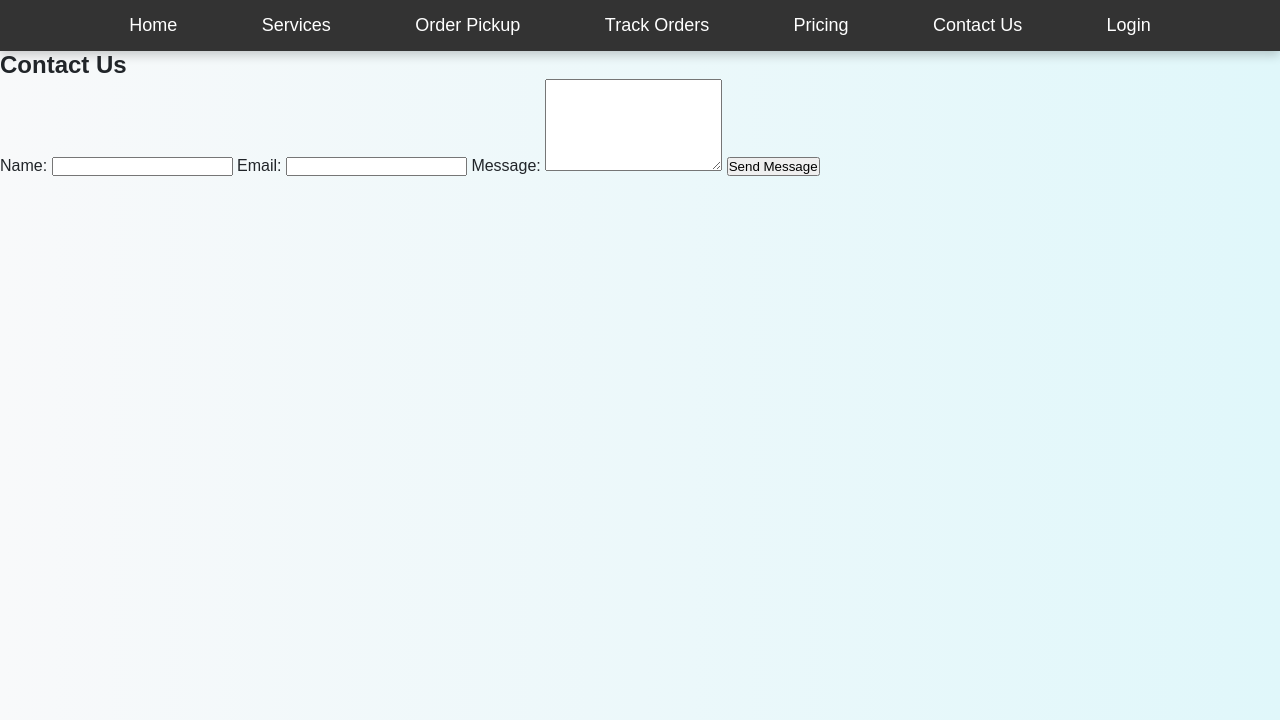
Repository: wmrmweerakoon/Online-Laundry-Management-System
Page: http://localhost/LaundryManagementSystem/contact.jsp
The author's editor kept a copy of each file at every save. The page is drawn from the files as they stood at one save, then again after the next save.
The browser window is 1280 px wide. The pictures show the whole page.
The page is served by Tomcat 9. Other server files are loaded and not shown.

Above is the page before, as saved 2024-10-13 11:12:35.

### Projects/LaundryManagementSystem/src/main/webapp/contact.jsp
<%@ page language="java" contentType="text/html; charset=UTF-8"
    pageEncoding="UTF-8"%>
<!DOCTYPE html>
<html lang="en">
<head>
    <meta charset="UTF-8">
    <meta name="viewport" content="width=device-width, initial-scale=1.0">
    <title>Contact Us - Online Laundry Management System</title>



    <style>

    :root {
    --primary-color: #ff6f61; /* Coral Pink */
    --secondary-color: #ff9a76; /* Light Coral */
    --accent-color: #ffffff; /* White */
    --hover-color: #ff4824; /* Darker Coral */
    --menu-bg-color: #333; /* Darker gray for menu bar */
    --menu-hover-bg-color: #444; /* Slightly lighter gray for hover */
    --menu-text-color: #ffffff; /* White text for contrast */
    --search-bar-bg: #555; /* Medium dark background for search bar */
    --bg-gradient-start: #f8f9fa; /* Light Gradient Start */
    --bg-gradient-end: #e0f7fa;  /* Light Teal Gradient End */
    --text-primary: #212529; /* Darker text color */
    --button-hover-color: #ff4824; /* Deep Coral */
}

* {
    margin: 0;
    padding: 0;
    box-sizing: border-box;
}

body {
    font-family: 'Arial', sans-serif;
    background: linear-gradient(to right, var(--bg-gradient-start), var(--bg-gradient-end));
    color: var(--text-primary);
}

/* Darker Menu Bar */
header {
    background-color: var(--menu-bg-color);
    padding: 15px 0;
    box-shadow: 0 4px 10px rgba(0, 0, 0, 0.2);
}

nav {
    text-align: center;
    display: flex;
    justify-content: center;
    align-items: center;
    position: relative;
}

nav ul {
    list-style-type: none;
}

nav ul li {
    display: inline-block;
    margin: 0 20px;
    position: relative;
}

nav ul li a {
    color: var(--menu-text-color); /* White text on darker background */
    text-decoration: none;
    font-size: 18px;
    padding: 12px 20px;
    transition: background-color 0.3s ease, transform 0.2s ease;
    position: relative;
    border-radius: 8px;
}

nav ul li a:hover {
    background-color: var(--menu-hover-bg-color); /* Slightly lighter gray */
    transform: scale(1.05);
    box-shadow: 0 4px 10px rgba(0, 0, 0, 0.2);
}

nav ul li a::after {
    content: '';
    position: absolute;
    width: 0;
    height: 3px;
    background-color: var(--primary-color); /* Coral underline on hover */
    left: 0;
    bottom: 0;
    transition: width 0.3s ease;
}

nav ul li a:hover::after {
    width: 100%;
}

/* Search Bar */
.search-container {
    display: inline-block;
    vertical-align: middle;
    margin-left: 20px;
}

.search-container input {
    padding: 8px;
    font-size: 16px;
    border: none;
    border-radius: 20px;
    width: 230px;
    background-color: var(--search-bar-bg); /* Medium dark background for search */
    color: var(--accent-color); /* White text in search bar */
    outline: none;
    transition: all 0.3s ease;
}

.search-container input:focus {
    width: 270px;
    background-color: #666;
}

.search-container button {
    padding: 8px 12px;
    background-color: var(--primary-color);
    color: var(--accent-color);
    border: none;
    border-radius: 20px;
    cursor: pointer;
    margin-left: 5px;
}

.search-container button:hover {
    background-color: var(--hover-color);
    box-shadow: 0 4px 6px rgba(0, 0, 0, 0.2);
}
    </style>
</head>
<body>
    <header>
        <nav>
            <ul>
                <li><a href="home.jsp">Home</a></li>
                <li><a href="services.jsp">Services</a></li>
                <li><a href="order.jsp">Order Pickup</a></li>
                <li><a href="track.jsp">Track Orders</a></li>
                <li><a href="pricing.jsp">Pricing</a></li>
                <li><a href="contact.jsp">Contact Us</a></li>
                <li><a href="Login.jsp">Login</a></li>
            </ul>
        </nav>
    </header>

    <section class="contact-section">
        <h1>Contact Us</h1>
        <form id="contact-form" action="contactServlet" method="POST">
            <label for="name">Name:</label>
            <input type="text" id="name" name="name" required>

            <label for="email">Email:</label>
            <input type="email" id="email" name="email" required>

            <label for="message">Message:</label>
            <textarea id="message" name="message" rows="6" required></textarea>

            <button type="submit">Send Message</button>
        </form>

        <div>
            <%
                if (request.getAttribute("successMessage") != null) {
            %>
                <p style="color: green;"><%= request.getAttribute("successMessage") %></p>
            <%
                }
                if (request.getAttribute("errorMessage") != null) {
            %>
                <p style="color: red;"><%= request.getAttribute("errorMessage") %></p>
            <%
                }
            %>
        </div>
    </section>

    <footer class="social-media">
        <a href="https://www.facebook.com" target="_blank" class="social-icon">
            <i class="fab fa-facebook-f"></i>
        </a>
        <a href="https://www.youtube.com" target="_blank" class="social-icon">
            <i class="fab fa-youtube"></i>
        </a>
        <a href="https://www.instagram.com" target="_blank" class="social-icon">
            <i class="fab fa-instagram"></i>
        </a>
    </footer>
</body>
</html>

After the next save:
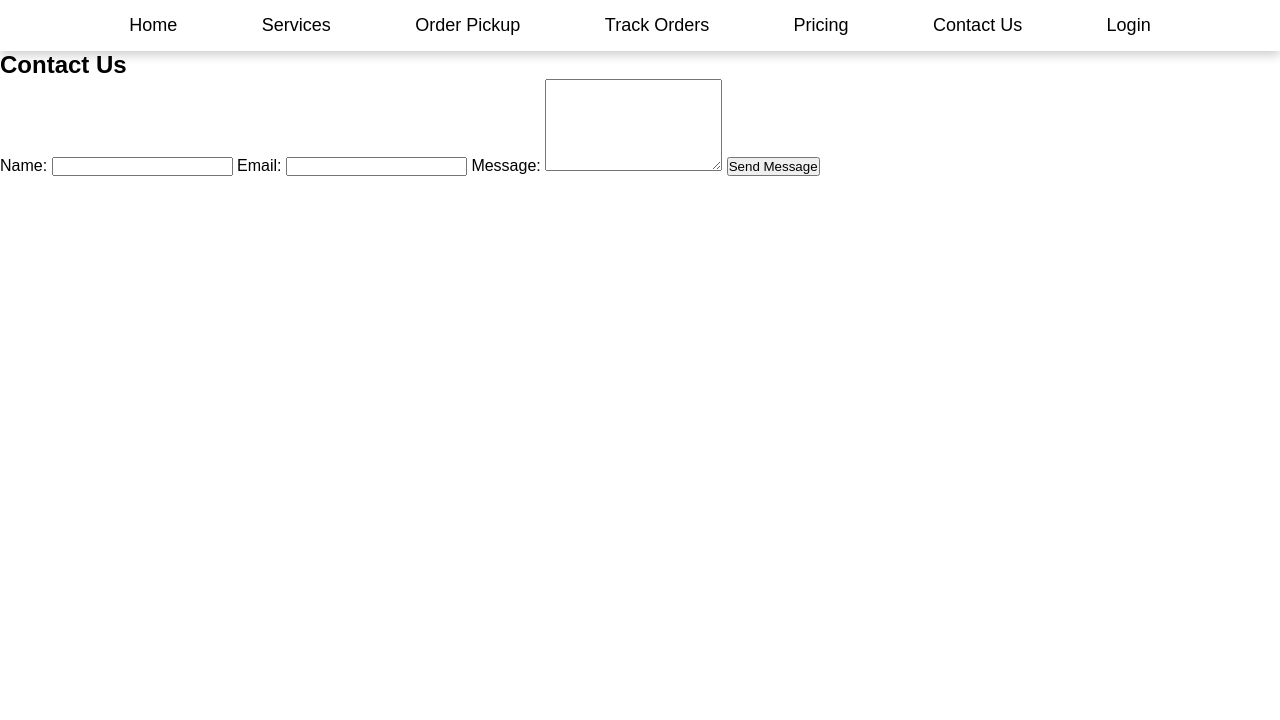
Saved 18 s later.
--- a/Projects/LaundryManagementSystem/src/main/webapp/contact.jsp
+++ b/Projects/LaundryManagementSystem/src/main/webapp/contact.jsp
@@ -11,20 +11,7 @@
 
     <style>
 
-    :root {
-    --primary-color: #ff6f61; /* Coral Pink */
-    --secondary-color: #ff9a76; /* Light Coral */
-    --accent-color: #ffffff; /* White */
-    --hover-color: #ff4824; /* Darker Coral */
-    --menu-bg-color: #333; /* Darker gray for menu bar */
-    --menu-hover-bg-color: #444; /* Slightly lighter gray for hover */
-    --menu-text-color: #ffffff; /* White text for contrast */
-    --search-bar-bg: #555; /* Medium dark background for search bar */
-    --bg-gradient-start: #f8f9fa; /* Light Gradient Start */
-    --bg-gradient-end: #e0f7fa;  /* Light Teal Gradient End */
-    --text-primary: #212529; /* Darker text color */
-    --button-hover-color: #ff4824; /* Deep Coral */
-}
+
 
 * {
     margin: 0;
